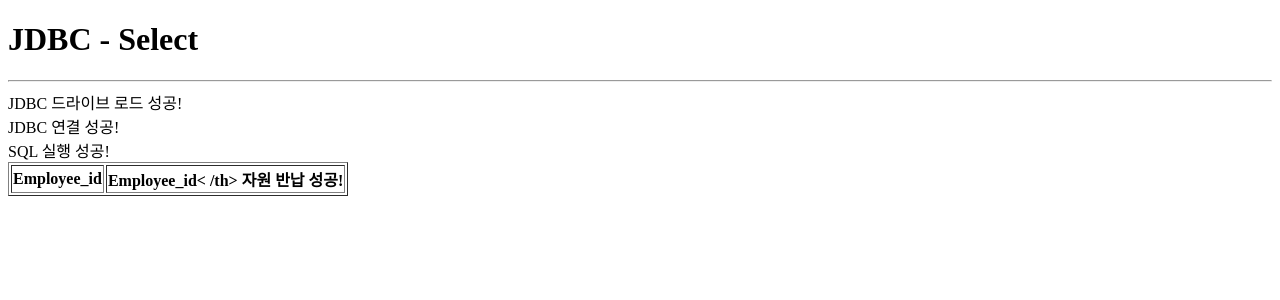
Repository: khy4701/JavaServerPage-Servlet
Page: http://localhost/05.JDBCProject/select.jsp
These files come from the project's save history. The page is drawn as it stood at one moment and after the next save; the edit follows.
The browser window is 1280 px wide. The pictures show the whole page.
The page is served by Tomcat 9. Other server files are loaded and not shown. Queries for data that is not in the repository find no rows.

Above is the page before, as saved 2016-07-20 06:55:31.

### 05.JDBCProject/WebContent/select.jsp
<%@ page language="java" contentType="text/html; charset=UTF-8"
    import = "java.sql.*" pageEncoding="UTF-8"%>

<!DOCTYPE html>
<html>
<head>
<meta charset="UTF-8">
<title>Insert title here</title>
</head>
<body>

<h1> JDBC - Select</h1>
<hr>
<%
	//1. JDBC 드라이버 로드
	// Driver Manager를 사용할 수 있도록 하기 위함
	try{
		Class.forName("oracle.jdbc.driver.OracleDriver");
		out.print("JDBC 드라이브 로드 성공!<br>");
	}catch(ClassNotFoundException e)
    {
		 out.print("JDBC 드라이브 로드 실패!<br>");
    }

	Connection con = null;

	try{
		//2. DB 서버 연결
		con = DriverManager.getConnection("jdbc:oracle:thin:@localhost:1521:xe","hr","hr");
		out.print("JDBC 연결 성공!<br>");
	}catch(SQLException e)
	{
		out.print("JDBC 연결 실패!<br>");
	}

	//3. SQL문 실행
	PreparedStatement psmt = null;
	ResultSet rs = null;

	try{
		String sql = "select * from employees";
		psmt = con.prepareStatement(sql);
		rs = psmt.executeQuery();

		out.print("SQL 실행 성공!<br>");
	} catch (SQLException e) {
		out.print("SQL 실행 실패!<br>");
	}

	//4. 결과 처리
	out.print("<table border =\"1\">");
	out.print("<tr> <th>Employee_id</th> <th>Employee_id< /th>	");
	while(rs.next())
	{
		out.print("<tr><td>");
		out.print(rs.getInt("employee_id")+" ");
		out.print("</td><td>");
		out.print(rs.getString("first_name")+"<br>");
		out.print("</td><td>");
		out.print(rs.getString("last_name"));
		out.print("</td><td>");
		out.print(rs.getString("email"));
		out.print("</td><td>");
		out.print(rs.getString("phone_number"));
		out.print("</td><td>");
		out.print(rs.getString("hire_date"));
		out.print("</td><tr>");
	}


	//5. 자원 반납
	// 생성한것의 반대로 반납함.
	try {
		rs.close();
		psmt.close();
		con.close();
		out.print("자원 반납 성공!<br>");
	} catch (SQLException e) {
		out.print("자원 반납 실패!<br>");
	}
%>


</body>
</html>

After the next save:
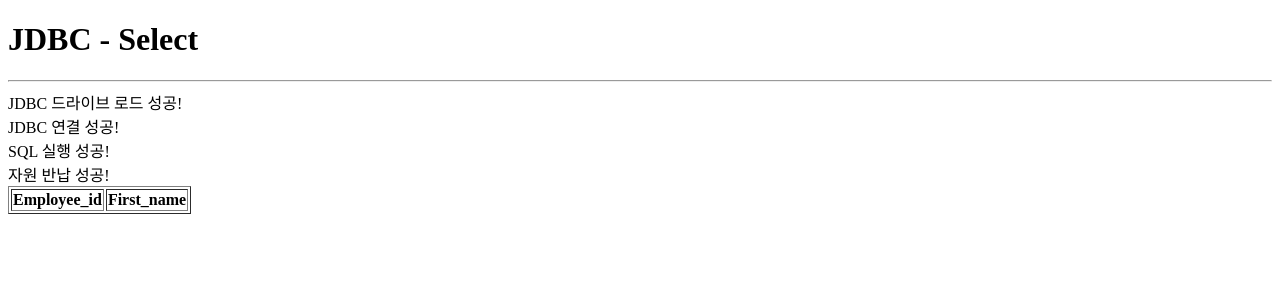
Saved 15 s later.
--- a/05.JDBCProject/WebContent/select.jsp
+++ b/05.JDBCProject/WebContent/select.jsp
@@ -49,7 +49,7 @@
 
 	//4. 결과 처리
 	out.print("<table border =\"1\">");
-	out.print("<tr> <th>Employee_id</th> <th>Employee_id< /th>	");
+	out.print("<tr> <th>Employee_id</th> <th>First_name</th> ");
 	while(rs.next())
 	{
 		out.print("<tr><td>");
